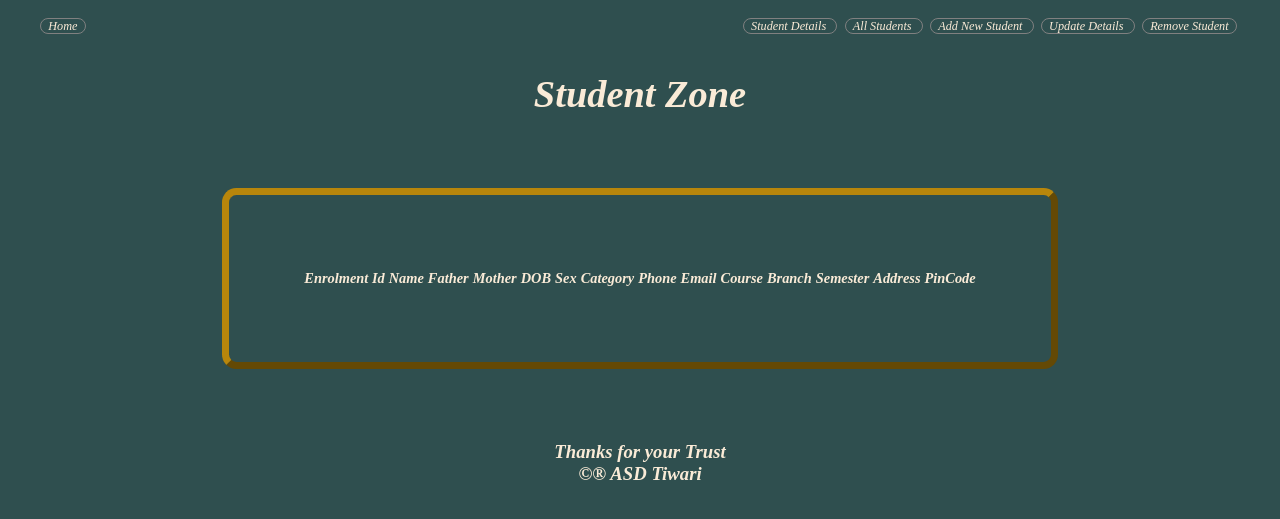
Repository: asdtiwari/Practice
Page: http://localhost/showAllInfo
The author's editor kept a copy of each file at every save. The page is drawn from the files as they stood at one save, then again after the next save.
The browser window is 1280 px wide. The pictures show the whole page.
The page is this project's Thymeleaf template; nobody is signed in. The template is opened directly, without the code that normally fills it, so the values that code supplies are empty.

Above is the page before, as saved 2023-11-17 03:20:38.

After the next save:
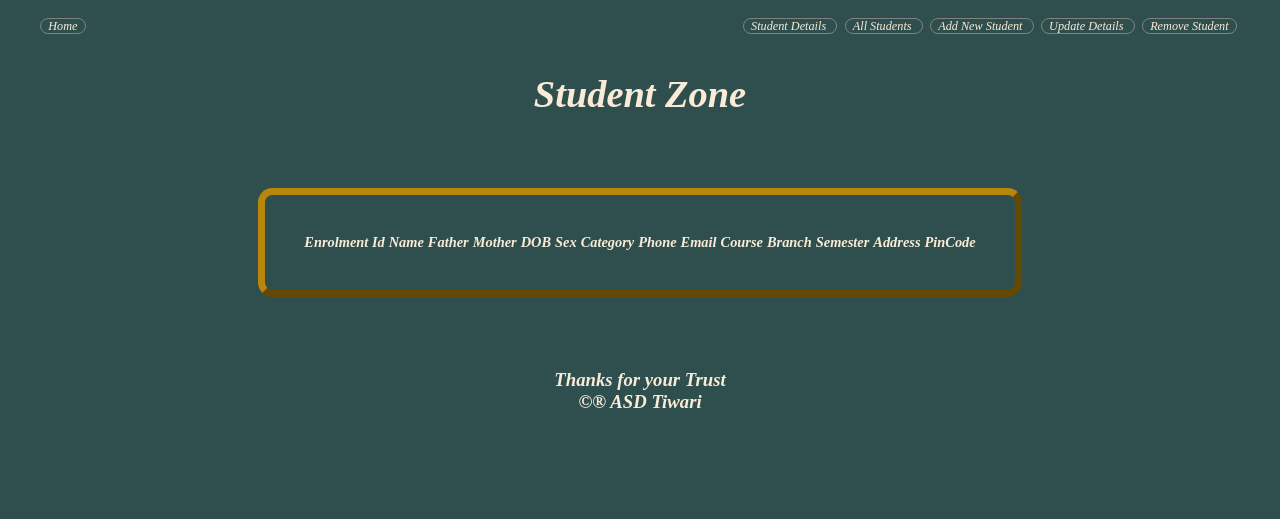
Saved 18 s later.
--- a/DiwaliProjectSTS/studentZone/src/main/resources/templates/showAllInfo.html
+++ b/DiwaliProjectSTS/studentZone/src/main/resources/templates/showAllInfo.html
@@ -69,7 +69,7 @@
                 border-radius: 2vh;
                 margin-top: 10vh;
                 margin-bottom: 10vh;
-                padding: 10vh;
+                padding: 5vh;
                 font-size: 2vh;
             }
 

After the save that followed:
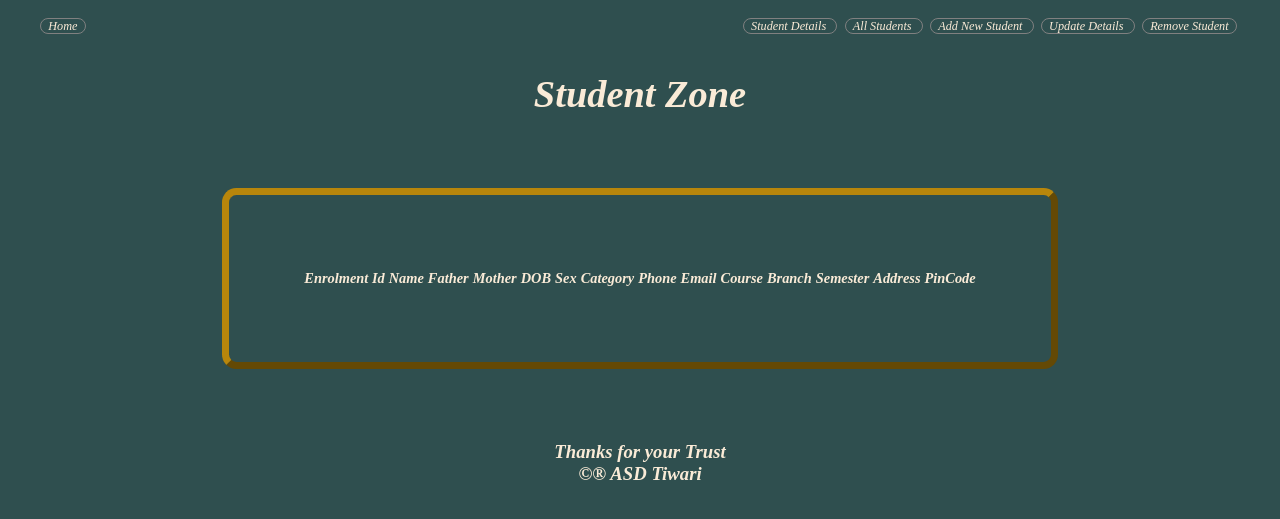
Saved 19 s later.
--- a/DiwaliProjectSTS/studentZone/src/main/resources/templates/showAllInfo.html
+++ b/DiwaliProjectSTS/studentZone/src/main/resources/templates/showAllInfo.html
@@ -69,7 +69,7 @@
                 border-radius: 2vh;
                 margin-top: 10vh;
                 margin-bottom: 10vh;
-                padding: 5vh;
+                padding: 10vh;
                 font-size: 2vh;
             }
 
